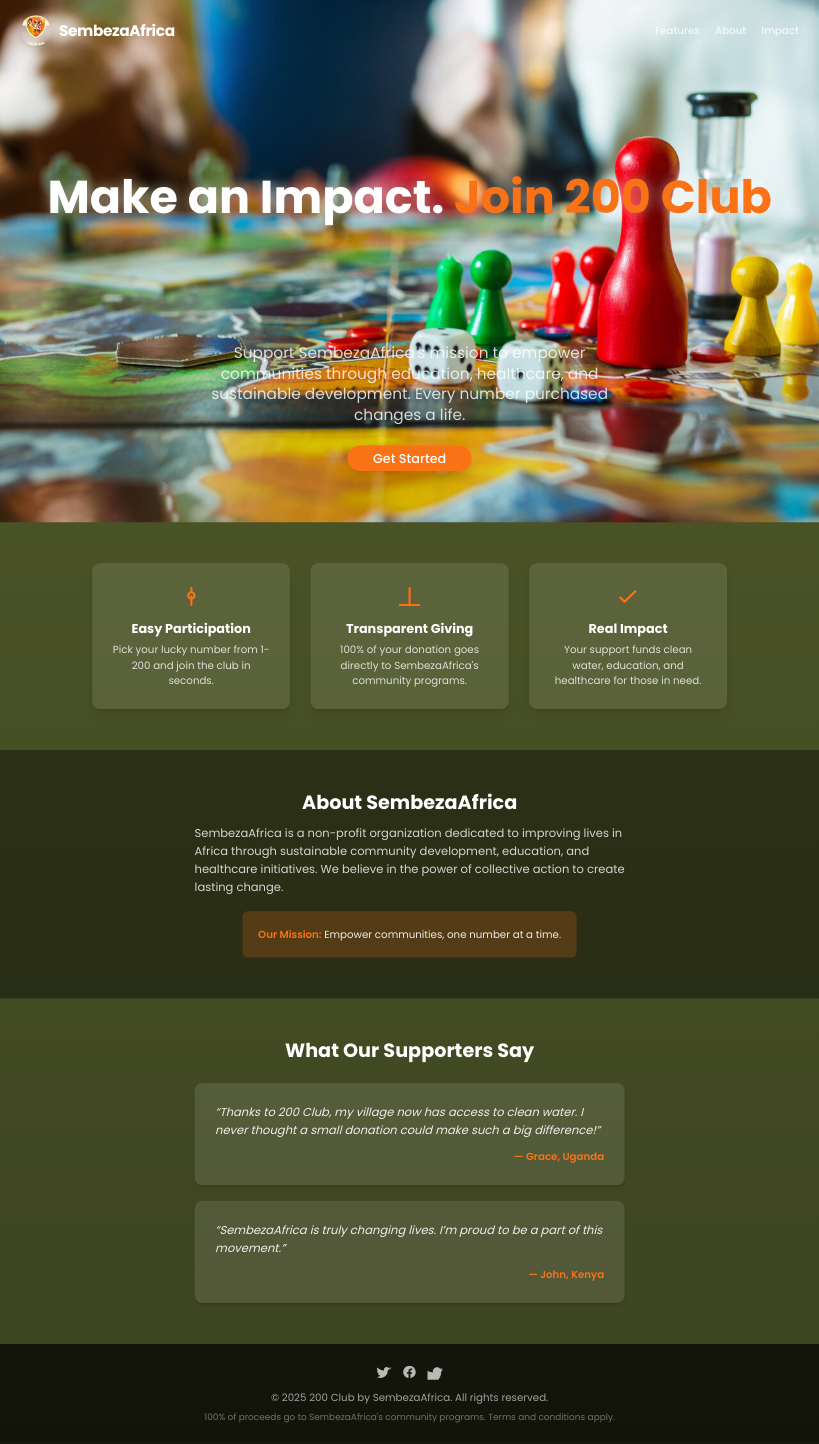
Repository: kaizoku010/200club
Page: /
The author's editor kept a copy of each file at every save. The page is drawn from the files as they stood at one save, then again after a run of saves.
The browser window is 1280 px wide. The pictures show the whole page, at 64% of full size.
Backgrounds fixed to the window are drawn as part of the page. The project was rebuilt for these pictures with package versions that can differ from the ones it lists, and the page was loaded fresh each time. Also part of the build but not shown: vite.config.ts, src/components/ui/tooltip.tsx, src/components/Header.tsx, src/services/soundService.ts, src/components/NumberGrid.tsx, src/components/ui/use-toast.ts, src/components/ui/sound-button.tsx, src/components/RandomizeButton.tsx and 13 more.

Above is the page before, as saved 2025-06-10 10:44:38.

### index.html
<!DOCTYPE html>
<html lang="en">
  <head>
    <meta charset="UTF-8" />
    <meta name="viewport" content="width=device-width, initial-scale=1.0" />
    <title>lucky-number-arena-buy</title>
    <meta name="description" content="Lovable Generated Project" />
    <meta name="author" content="Lovable" />

    <meta property="og:title" content="lucky-number-arena-buy" />
    <meta property="og:description" content="Lovable Generated Project" />
    <meta property="og:type" content="website" />
    <meta property="og:image" content="https://lovable.dev/opengraph-image-p98pqg.png" />

    <meta name="twitter:card" content="summary_large_image" />
    <meta name="twitter:site" content="@lovable_dev" />
    <meta name="twitter:image" content="https://lovable.dev/opengraph-image-p98pqg.png" />
  </head>

  <body>
    <div id="root"></div>
    <!-- IMPORTANT: DO NOT REMOVE THIS SCRIPT TAG OR THIS VERY COMMENT! -->
    <script src="https://cdn.gpteng.co/gptengineer.js" type="module"></script>
    <script type="module" src="/src/main.tsx"></script>
  </body>
</html>

### src/App.tsx
import { Toaster } from "@/components/ui/toaster";
import { Toaster as Sonner } from "@/components/ui/sonner";
import { TooltipProvider } from "@/components/ui/tooltip";
import { QueryClient, QueryClientProvider } from "@tanstack/react-query";
import { BrowserRouter, Routes, Route, Navigate } from "react-router-dom";
import LandingPage from "./pages/LandingPage";
import GamePage from "./pages/GamePage";
import NotFound from "./pages/NotFound";

const queryClient = new QueryClient();

const App = () => (
  <QueryClientProvider client={queryClient}>
    <TooltipProvider>
      <Toaster />
      <Sonner />
      <BrowserRouter>
        <Routes>
          <Route path="/" element={<LandingPage />} />
          <Route path="/game" element={<GamePage />} />
          {/* Redirect main /index to the new game page for backward compatibility */}
          <Route path="/index" element={<Navigate to="/game" replace />} />
          <Route path="*" element={<NotFound />} />
        </Routes>
      </BrowserRouter>
    </TooltipProvider>
  </QueryClientProvider>
);

export default App;

### src/index.css

@import url('https://fonts.googleapis.com/css2?family=Poppins:wght@400;500;600;700&display=swap');

@tailwind base;
@tailwind components;
@tailwind utilities;

@layer base {
  :root {
    --background: 0 0% 100%;
    --foreground: 222.2 84% 4.9%;

    --card: 0 0% 100%;
    --card-foreground: 222.2 84% 4.9%;

    --popover: 0 0% 100%;
    --popover-foreground: 222.2 84% 4.9%;

    --primary: 222.2 47.4% 11.2%;
    --primary-foreground: 210 40% 98%;

    --secondary: 210 40% 96.1%;
    --secondary-foreground: 222.2 47.4% 11.2%;

    --muted: 210 40% 96.1%;
    --muted-foreground: 215.4 16.3% 46.9%;

    --accent: 210 40% 96.1%;
    --accent-foreground: 222.2 47.4% 11.2%;

    --destructive: 0 84.2% 60.2%;
    --destructive-foreground: 210 40% 98%;

    --border: 214.3 31.8% 91.4%;
    --input: 214.3 31.8% 91.4%;
    --ring: 222.2 84% 4.9%;

    --radius: 0.5rem;
  }

  .dark {
    --background: 222.2 84% 4.9%;
    --foreground: 210 40% 98%;

    --card: 222.2 84% 4.9%;
    --card-foreground: 210 40% 98%;

    --popover: 222.2 84% 4.9%;
    --popover-foreground: 210 40% 98%;

    --primary: 210 40% 98%;
    --primary-foreground: 222.2 47.4% 11.2%;

    --secondary: 217.2 32.6% 17.5%;
    --secondary-foreground: 210 40% 98%;

    --muted: 217.2 32.6% 17.5%;
    --muted-foreground: 215 20.2% 65.1%;

    --accent: 217.2 32.6% 17.5%;
    --accent-foreground: 210 40% 98%;

    --destructive: 0 62.8% 30.6%;
    --destructive-foreground: 210 40% 98%;

    --border: 217.2 32.6% 17.5%;
    --input: 217.2 32.6% 17.5%;
    --ring: 212.7 26.8% 83.9%;
  }
}

@layer base {
  * {
    @apply border-border;
  }

  body {
    @apply bg-game-background text-game-text font-sans;
  }

  .number-card {
    @apply flex items-center justify-center bg-game-primary rounded-lg text-white font-bold text-2xl shadow-lg transition-all duration-300 hover:scale-105 hover:bg-game-secondary cursor-pointer;
    aspect-ratio: 1 / 1;
  }

  .number-card.selected {
    @apply bg-game-accent scale-105 ring-2 ring-white;
    animation: pulse 2s infinite;
  }

  .number-card.purchased {
    @apply bg-gray-500 opacity-50 cursor-not-allowed hover:scale-100;
  }

  .action-button {
    @apply bg-game-accent text-white font-bold py-3 px-6 rounded-full shadow-lg hover:bg-game-highlight transition-colors duration-300;
  }

  .payment-option {
    @apply flex items-center space-x-2 p-4 border-2 rounded-xl transition-all duration-300;
  }

  .payment-option.selected {
    @apply border-game-accent bg-opacity-10 bg-game-accent;
  }

  @keyframes pulse {
    0%, 100% {
      transform: scale(1.05);
    }
    50% {
      transform: scale(1.1);
    }
  }
}

### src/components/ui/toaster.tsx
import { useToast } from "@/hooks/use-toast"
import {
  Toast,
  ToastClose,
  ToastDescription,
  ToastProvider,
  ToastTitle,
  ToastViewport,
} from "@/components/ui/toast"

export function Toaster() {
  const { toasts } = useToast()

  return (
    <ToastProvider>
      {toasts.map(function ({ id, title, description, action, ...props }) {
        return (
          <Toast key={id} {...props}>
            <div className="grid gap-1">
              {title && <ToastTitle>{title}</ToastTitle>}
              {description && (
                <ToastDescription>{description}</ToastDescription>
              )}
            </div>
            {action}
            <ToastClose />
          </Toast>
        )
      })}
      <ToastViewport />
    </ToastProvider>
  )
}

### src/components/ui/sonner.tsx
import { useTheme } from "next-themes"
import { Toaster as Sonner, toast } from "sonner"

type ToasterProps = React.ComponentProps<typeof Sonner>

const Toaster = ({ ...props }: ToasterProps) => {
  const { theme = "system" } = useTheme()

  return (
    <Sonner
      theme={theme as ToasterProps["theme"]}
      className="toaster group"
      toastOptions={{
        classNames: {
          toast:
            "group toast group-[.toaster]:bg-background group-[.toaster]:text-foreground group-[.toaster]:border-border group-[.toaster]:shadow-lg",
          description: "group-[.toast]:text-muted-foreground",
          actionButton:
            "group-[.toast]:bg-primary group-[.toast]:text-primary-foreground",
          cancelButton:
            "group-[.toast]:bg-muted group-[.toast]:text-muted-foreground",
        },
      }}
      {...props}
    />
  )
}

export { Toaster, toast }

### src/components/ui/toast.tsx
import * as React from "react"
import * as ToastPrimitives from "@radix-ui/react-toast"
import { cva, type VariantProps } from "class-variance-authority"
import { X } from "lucide-react"

import { cn } from "@/lib/utils"

const ToastProvider = ToastPrimitives.Provider

const ToastViewport = React.forwardRef<
  React.ElementRef<typeof ToastPrimitives.Viewport>,
  React.ComponentPropsWithoutRef<typeof ToastPrimitives.Viewport>
>(({ className, ...props }, ref) => (
  <ToastPrimitives.Viewport
    ref={ref}
    className={cn(
      "fixed top-0 z-[100] flex max-h-screen w-full flex-col-reverse p-4 sm:bottom-0 sm:right-0 sm:top-auto sm:flex-col md:max-w-[420px]",
      className
    )}
    {...props}
  />
))
ToastViewport.displayName = ToastPrimitives.Viewport.displayName

const toastVariants = cva(
  "group pointer-events-auto relative flex w-full items-center justify-between space-x-4 overflow-hidden rounded-md border p-6 pr-8 shadow-lg transition-all data-[swipe=cancel]:translate-x-0 data-[swipe=end]:translate-x-[var(--radix-toast-swipe-end-x)] data-[swipe=move]:translate-x-[var(--radix-toast-swipe-move-x)] data-[swipe=move]:transition-none data-[state=open]:animate-in data-[state=closed]:animate-out data-[swipe=end]:animate-out data-[state=closed]:fade-out-80 data-[state=closed]:slide-out-to-right-full data-[state=open]:slide-in-from-top-full data-[state=open]:sm:slide-in-from-bottom-full",
  {
    variants: {
      variant: {
        default: "border bg-background text-foreground",
        destructive:
          "destructive group border-destructive bg-destructive text-destructive-foreground",
      },
    },
    defaultVariants: {
      variant: "default",
    },
  }
)

const Toast = React.forwardRef<
  React.ElementRef<typeof ToastPrimitives.Root>,
  React.ComponentPropsWithoutRef<typeof ToastPrimitives.Root> &
    VariantProps<typeof toastVariants>
>(({ className, variant, ...props }, ref) => {
  return (
    <ToastPrimitives.Root
      ref={ref}
      className={cn(toastVariants({ variant }), className)}
      {...props}
    />
  )
})
Toast.displayName = ToastPrimitives.Root.displayName

const ToastAction = React.forwardRef<
  React.ElementRef<typeof ToastPrimitives.Action>,
  React.ComponentPropsWithoutRef<typeof ToastPrimitives.Action>
>(({ className, ...props }, ref) => (
  <ToastPrimitives.Action
    ref={ref}
    className={cn(
      "inline-flex h-8 shrink-0 items-center justify-center rounded-md border bg-transparent px-3 text-sm font-medium ring-offset-background transition-colors hover:bg-secondary focus:outline-none focus:ring-2 focus:ring-ring focus:ring-offset-2 disabled:pointer-events-none disabled:opacity-50 group-[.destructive]:border-muted/40 group-[.destructive]:hover:border-destructive/30 group-[.destructive]:hover:bg-destructive group-[.destructive]:hover:text-destructive-foreground group-[.destructive]:focus:ring-destructive",
      className
    )}
    {...props}
  />
))
ToastAction.displayName = ToastPrimitives.Action.displayName

const ToastClose = React.forwardRef<
  React.ElementRef<typeof ToastPrimitives.Close>,
  React.ComponentPropsWithoutRef<typeof ToastPrimitives.Close>
>(({ className, ...props }, ref) => (
  <ToastPrimitives.Close
    ref={ref}
    className={cn(
      "absolute right-2 top-2 rounded-md p-1 text-foreground/50 opacity-0 transition-opacity hover:text-foreground focus:opacity-100 focus:outline-none focus:ring-2 group-hover:opacity-100 group-[.destructive]:text-red-300 group-[.destructive]:hover:text-red-50 group-[.destructive]:focus:ring-red-400 group-[.destructive]:focus:ring-offset-red-600",
      className
    )}
    toast-close=""
    {...props}
  >
    <X className="h-4 w-4" />
  </ToastPrimitives.Close>
))
ToastClose.displayName = ToastPrimitives.Close.displayName

const ToastTitle = React.forwardRef<
  React.ElementRef<typeof ToastPrimitives.Title>,
  React.ComponentPropsWithoutRef<typeof ToastPrimitives.Title>
>(({ className, ...props }, ref) => (
  <ToastPrimitives.Title
    ref={ref}
    className={cn("text-sm font-semibold", className)}
    {...props}
  />
))
ToastTitle.displayName = ToastPrimitives.Title.displayName

const ToastDescription = React.forwardRef<
  React.ElementRef<typeof ToastPrimitives.Description>,
  React.ComponentPropsWithoutRef<typeof ToastPrimitives.Description>
>(({ className, ...props }, ref) => (
  <ToastPrimitives.Description
    ref={ref}
    className={cn("text-sm opacity-90", className)}
    {...props}
  />
))
ToastDescription.displayName = ToastPrimitives.Description.displayName

type ToastProps = React.ComponentPropsWithoutRef<typeof Toast>

type ToastActionElement = React.ReactElement<typeof ToastAction>

export {
  type ToastProps,
  type ToastActionElement,
  ToastProvider,
  ToastViewport,
  Toast,
  ToastTitle,
  ToastDescription,
  ToastClose,
  ToastAction,
}

### src/components/ui/button.tsx
import * as React from "react"
import { Slot } from "@radix-ui/react-slot"
import { cva, type VariantProps } from "class-variance-authority"

import { cn } from "@/lib/utils"

const buttonVariants = cva(
  "inline-flex items-center justify-center gap-2 whitespace-nowrap rounded-md text-sm font-medium ring-offset-background transition-colors focus-visible:outline-none focus-visible:ring-2 focus-visible:ring-ring focus-visible:ring-offset-2 disabled:pointer-events-none disabled:opacity-50 [&_svg]:pointer-events-none [&_svg]:size-4 [&_svg]:shrink-0",
  {
    variants: {
      variant: {
        default: "bg-primary text-primary-foreground hover:bg-primary/90",
        destructive:
          "bg-destructive text-destructive-foreground hover:bg-destructive/90",
        outline:
          "border border-input bg-background hover:bg-accent hover:text-accent-foreground",
        secondary:
          "bg-secondary text-secondary-foreground hover:bg-secondary/80",
        ghost: "hover:bg-accent hover:text-accent-foreground",
        link: "text-primary underline-offset-4 hover:underline",
      },
      size: {
        default: "h-10 px-4 py-2",
        sm: "h-9 rounded-md px-3",
        lg: "h-11 rounded-md px-8",
        icon: "h-10 w-10",
      },
    },
    defaultVariants: {
      variant: "default",
      size: "default",
    },
  }
)

export interface ButtonProps
  extends React.ButtonHTMLAttributes<HTMLButtonElement>,
    VariantProps<typeof buttonVariants> {
  asChild?: boolean
}

const Button = React.forwardRef<HTMLButtonElement, ButtonProps>(
  ({ className, variant, size, asChild = false, ...props }, ref) => {
    const Comp = asChild ? Slot : "button"
    return (
      <Comp
        className={cn(buttonVariants({ variant, size, className }))}
        ref={ref}
        {...props}
      />
    )
  }
)
Button.displayName = "Button"

export { Button, buttonVariants }

### src/pages/main.css
/* #main-page{
    background: url('/assets/images/sembeza-africa.jpg') no-repeat center center fixed;
    background-size: cover;
} */

#hero-section{
    background: url('../imgs/bg2.jpeg') no-repeat center center fixed;
}

#nav{
z-index: 1111111111;
    background-color: rgba(255, 0, 0, 0);
    position: fixed;
    width: 100%;
}

#hero-title{
    margin-top: 12rem;
    margin-bottom: 12rem;
}

### tailwind.config.ts

import type { Config } from "tailwindcss";

export default {
	darkMode: ["class"],
	content: [
		"./pages/**/*.{ts,tsx}",
		"./components/**/*.{ts,tsx}",
		"./app/**/*.{ts,tsx}",
		"./src/**/*.{ts,tsx}",
	],
	prefix: "",
	theme: {
		container: {
			center: true,
			padding: '2rem',
			screens: {
				'2xl': '1400px'
			}
		},
		extend: {
			fontFamily: {
				sans: ['Poppins', 'sans-serif'],
			},
			colors: {
				border: 'hsl(var(--border))',
				input: 'hsl(var(--input))',
				ring: 'hsl(var(--ring))',
				background: 'hsl(var(--background))',
				foreground: 'hsl(var(--foreground))',
				primary: {
					DEFAULT: 'hsl(var(--primary))',
					foreground: 'hsl(var(--primary-foreground))'
				},
				secondary: {
					DEFAULT: 'hsl(var(--secondary))',
					foreground: 'hsl(var(--secondary-foreground))'
				},
				destructive: {
					DEFAULT: 'hsl(var(--destructive))',
					foreground: 'hsl(var(--destructive-foreground))'
				},
				muted: {
					DEFAULT: 'hsl(var(--muted))',
					foreground: 'hsl(var(--muted-foreground))'
				},
				accent: {
					DEFAULT: 'hsl(var(--accent))',
					foreground: 'hsl(var(--accent-foreground))'
				},
				popover: {
					DEFAULT: 'hsl(var(--popover))',
					foreground: 'hsl(var(--popover-foreground))'
				},
				card: {
					DEFAULT: 'hsl(var(--card))',
					foreground: 'hsl(var(--card-foreground))'
				},
				sidebar: {
					DEFAULT: 'hsl(var(--sidebar-background))',
					foreground: 'hsl(var(--sidebar-foreground))',
					primary: 'hsl(var(--sidebar-primary))',
					'primary-foreground': 'hsl(var(--sidebar-primary-foreground))',
					accent: 'hsl(var(--sidebar-accent))',
					'accent-foreground': 'hsl(var(--sidebar-accent-foreground))',
					border: 'hsl(var(--sidebar-border))',
					ring: 'hsl(var(--sidebar-ring))'
				},
				game: {
					'primary': '#505a28',
					'secondary': '#3e4521',
					'accent': '#F97316',
					'background': '#1A1F2C',
					'text': '#FFFFFF',
					'highlight': '#D946EF',
				}
			},
			borderRadius: {
				lg: 'var(--radius)',
				md: 'calc(var(--radius) - 2px)',
				sm: 'calc(var(--radius) - 4px)'
			},
			dropShadow: {
				'glow': '0 0 10px rgba(255, 255, 255, 0.5)'
			},
			keyframes: {
				'accordion-down': {
					from: {
						height: '0'
					},
					to: {
						height: 'var(--radix-accordion-content-height)'
					}
				},
				'accordion-up': {
					from: {
						height: 'var(--radix-accordion-content-height)'
					},
					to: {
						height: '0'
					}
				},
				'bounce': {
					'0%, 100%': { transform: 'translateY(0)' },
					'50%': { transform: 'translateY(-20px)' }
				},
				'spin': {
					'0%': { transform: 'rotate(0deg)' },
					'100%': { transform: 'rotate(360deg)' }
				},
				'pulse': {
					'0%, 100%': { opacity: '1' },
					'50%': { opacity: '0.5' }
				},
				'float': {
					'0%, 100%': { transform: 'translateY(0)' },
					'50%': { transform: 'translateY(-10px)' }
				},
				'fadeIn': {
					'0%': { opacity: '0', transform: 'translateY(10px)' },
					'100%': { opacity: '1', transform: 'translateY(0)' }
				},
				'scaleIn': {
					'0%': { opacity: '0', transform: 'scale(0.8)' },
					'100%': { opacity: '1', transform: 'scale(1)' }
				},
				'slideUp': {
					'0%': { opacity: '0', transform: 'translateY(20px)' },
					'100%': { opacity: '1', transform: 'translateY(0)' }
				},
				'progressBar': {
					'0%': { width: '0%' },
					'100%': { width: '100%' }
				}
			},
			animation: {
				'accordion-down': 'accordion-down 0.2s ease-out',
				'accordion-up': 'accordion-up 0.2s ease-out',
				'bounce': 'bounce 1s ease-in-out infinite',
				'spin': 'spin 1s linear infinite',
				'pulse': 'pulse 2s cubic-bezier(0.4, 0, 0.6, 1) infinite',
				'float': 'float 3s ease-in-out infinite',
				'fadeIn': 'fadeIn 0.5s ease-out',
				'scaleIn': 'scaleIn 0.3s ease-out',
				'slideUp': 'slideUp 0.4s ease-out',
				'progressBar': 'progressBar 1s ease-out forwards'
			}
		}
	},
	plugins: [require("tailwindcss-animate")],
} satisfies Config;

Loaded but not shown: src/main.tsx (common file); src/hooks/use-toast.ts (common file); src/lib/utils.ts (common file); src/pages/LandingPage.tsx (113 lines, source omitted)

After the next 2 saves:
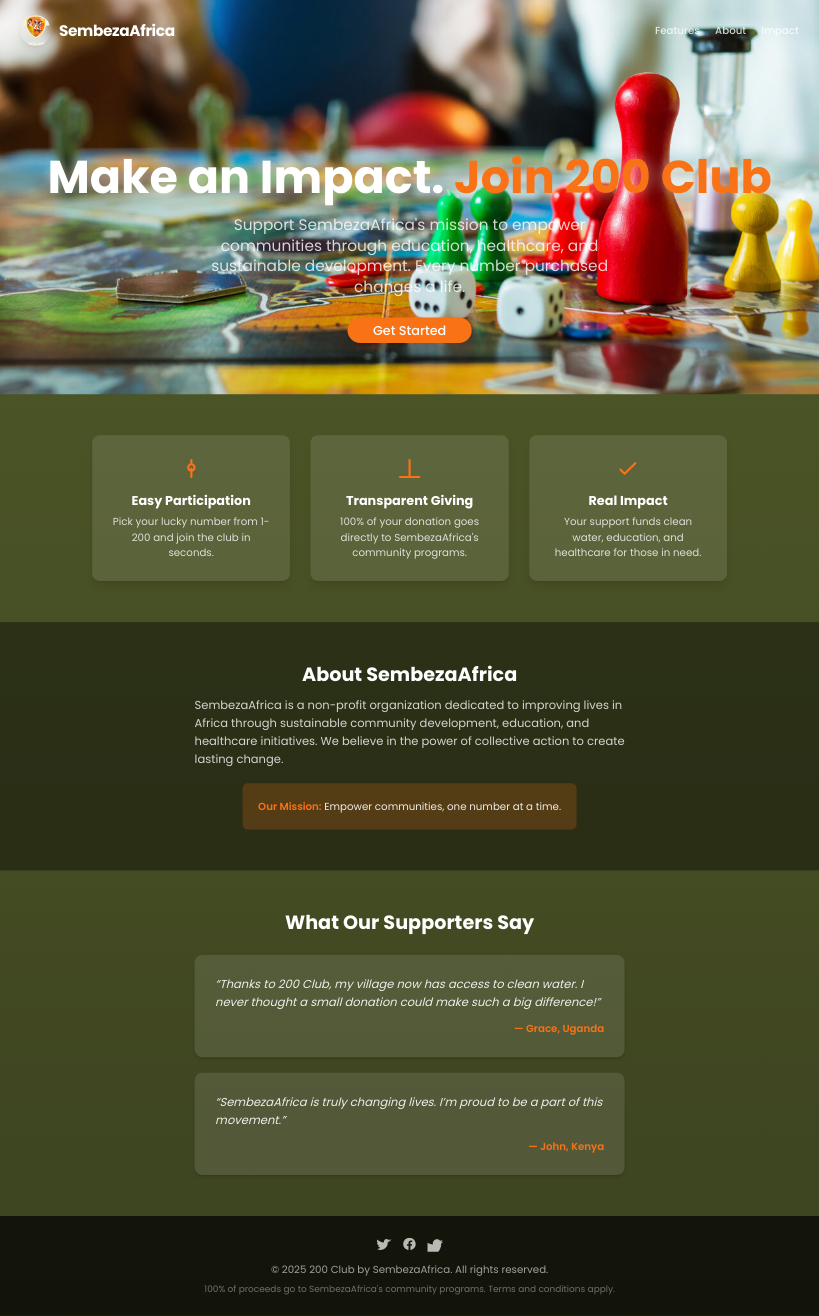
The 2 saves are shown as one change because they came seconds apart.
The last was saved 9 s later.
--- a/src/pages/main.css
+++ b/src/pages/main.css
@@ -15,6 +15,5 @@ z-index: 1111111111;
 }
 
 #hero-title{
-    margin-top: 12rem;
-    margin-bottom: 12rem;
+    margin-top: 10rem;
 }
